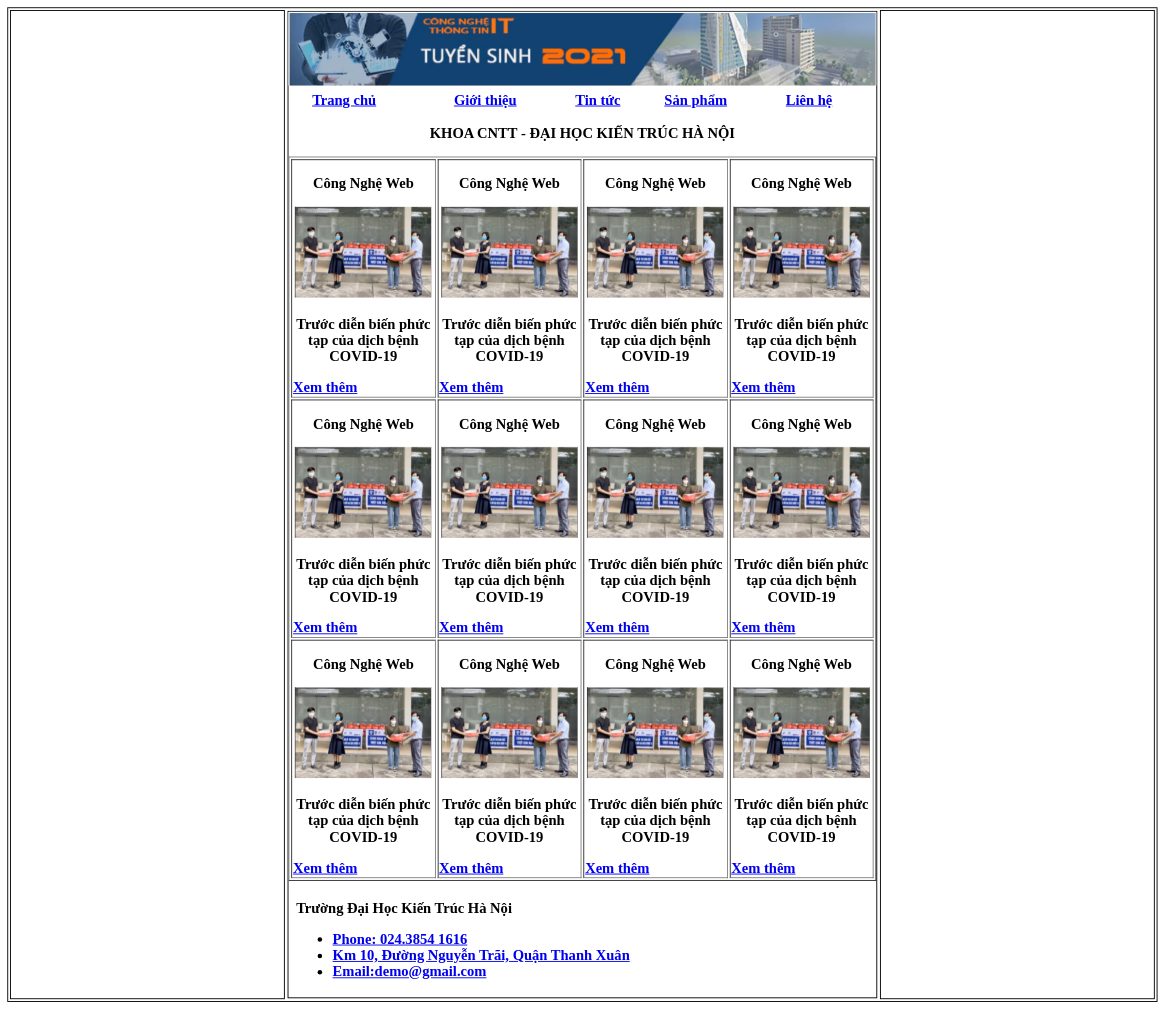
Repository: longtn213/Frond_end_HTML-CSS
Page: Front-End/Demohtml/baitapbuoi2.html
An editor plug-in stored every save of this project. The page is shown before and after the next save, followed by the edit.
The browser window is 1280 px wide. The pictures show the whole page, at 91% of full size.

Above is the page before, as saved 2021-09-09 15:09:22.

After the next save:
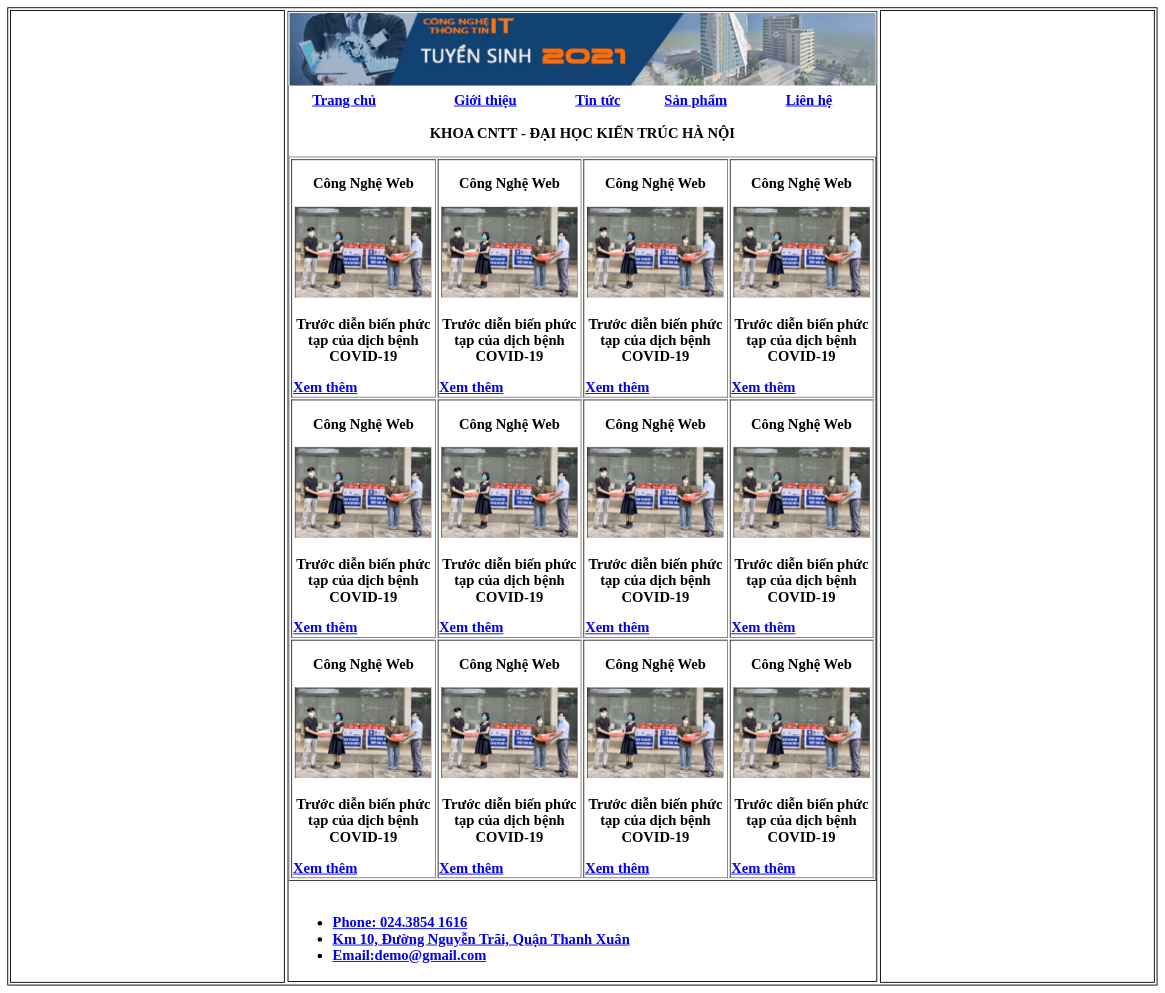
Saved 16 s later.
--- a/Front-End/Demohtml/baitapbuoi2.html
+++ b/Front-End/Demohtml/baitapbuoi2.html
@@ -189,7 +189,6 @@
 				<td colspan="3">
 				</td>
 				<td colspan="2">
-					<b>Trường Đại Học Kiến Trúc Hà Nội</b>
 					<ul>
 						<li>
 							<a href="#">Phone: 024.3854 1616</a>
